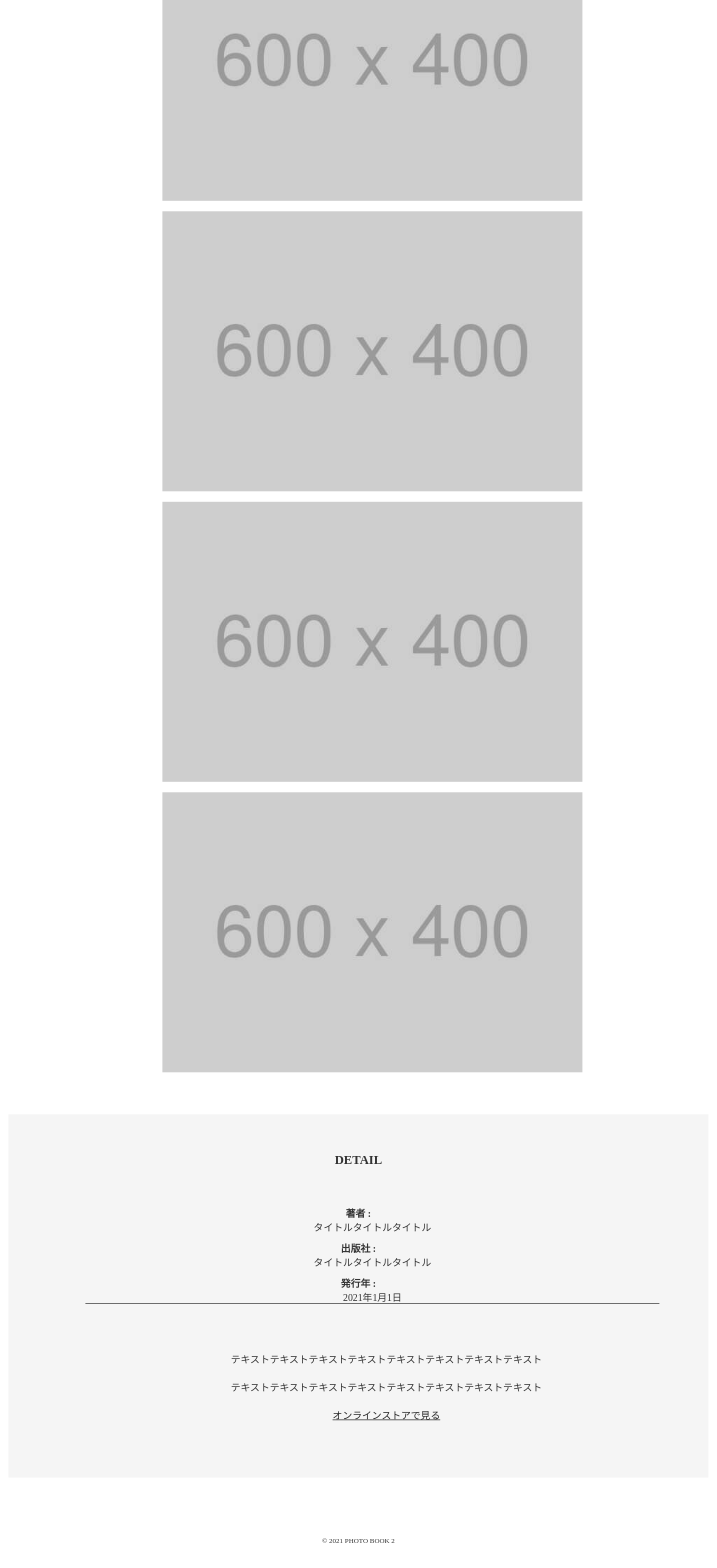
Repository: Fuki-san/photo-book-2
Page: http://localhost/photobook
An editor plug-in stored every save of this project. The page is shown before and after the next save, followed by the edit.
The browser window is 1024 px wide. The pictures show the part of the page from y = 1117 to 3357 px (the page is 3357 px tall), at 70% of full size.
The page is served by the project's Laravel application, run on PHP 8.4 with Laravel 10. Other server files are loaded and not shown.

Above is the page before, as saved 2023-12-01 15:14:10.

### routes/web.php
<?php

use Illuminate\Support\Facades\Route;

/*
|--------------------------------------------------------------------------
| Web Routes
|--------------------------------------------------------------------------
|
| Here is where you can register web routes for your application. These
| routes are loaded by the RouteServiceProvider and all of them will
| be assigned to the "web" middleware group. Make something great!
|
*/

Route::get('/', function () {
    return view('welcome');
});

Route::get('photobook', function() {
    return view('photobook');
})->name('photobook');

### resources/views/photobook.blade.php
@extends('layouts.main')

@section('title', 'photobook')

@section('content')
    <div class="container">
        <header id="header">
            <h1 class="site-title"><a href="#"><img src="img/logo.svg" alt=""></a></h1>
        </header>

        <main>

            <div id="mainvisual">
                <img src="img/mainvisual.jpg" alt="">
            </div>

            <section id="index">
                <div class="inner">
                    <h2 class="sec-title">INDEX</h2>
                    <div class="index-inner">
                        <ol class="index-list">
                            <li>タイトルタイトルタイトル</li>
                            <li>タイトルタイトルタイトル</li>
                            <li>タイトルタイトルタイトル</li>
                            <li>タイトルタイトルタイトル</li>
                            <li>タイトルタイトルタイトル</li>
                        </ol>
                    </div>
                </div>
            </section>

                <div class="inner">
                    <ul class="list">
                        <li><img src="img/photo1.jpg" alt=""></li>
                        <li><img src="img/photo2.jpg" alt=""></li>
                        <li><img src="img/photo3.jpg" alt=""></li>
                        <li><img src="img/photo4.jpg" alt=""></li>
                    </ul>
                </div>

            <section id="detail">
                <div class="inner">
                    <h2 class="sec-title">DETAIL</h2>
                    <div class="flex">
                        <dl>
                            <dt>著者 : </dt>
                            <dd>タイトルタイトルタイトル</dd>
                            <dt>出版社 : </dt>
                            <dd>タイトルタイトルタイトル</dd>
                            <dt>発行年 : </dt>
                            <dd>2021年1月1日</dd>
                        </dl>
                        <div class="text">
                            <p>テキストテキストテキストテキストテキストテキストテキストテキスト</p>
                            <p>テキストテキストテキストテキストテキストテキストテキストテキスト</p>
                            <a href="#" class="link" target="_blank" rel="noopener noreferrer">オンラインストアで見る</a>
                        </div>
                    </div>
                </div>
            </section>
        </main>

        <footer id="footer">
            <p>&copy; 2021 PHOTO BOOK 2</p>
        </footer>

    </div>
@endsection

### resources/views/layouts/main.blade.php
<!DOCTYPE html>
<html lang="ja">
<head>
    <meta charset="UTF-8">
    <meta name="viewport" content="width=device-width, initial-scale=1.0">
    <meta http-equiv="X-UA-Compatible" content="ie=edge">
    <link rel="stylesheet" href="{{ asset('css/reset.css') }}">
    <link rel="stylesheet" href="{{ asset('css/style.css') }}">
    <link rel="icon" href="img/favicon.ico">
    <title>@yield('title')</title>
</head>
<body>
    @yield('content')
</body>
</html>

### public/css/style.css
@charset "utf-8";

html {
    font-size: 100%;
}

body {
    color: #333;
    font-size: 0.875rem;
}

img {
    max-width: 100%;
}

ul {
    list-style: none;
}

.container {
    max-width: 1000px;
    margin: 0 auto;
}

.inner {
    margin: 0 auto;
    max-width: 800px;
}

.sec-title {
    text-align: center;
    font-weight: bold;
    font-size: 1.125rem;
    margin-bottom: 30px;
}

/* header */
#header {
    /* margin: 60px 0 10px 0; */
    margin-top: 60px;
}

#header .site-title {
    width: 180px;
    line-height: 1px;
    margin-bottom: 15px;
}

#header .site-title a {
    display: block;
}

#mainvisual {
    margin-bottom: 60px;
}

/* indexx */
#index {
    background-color: #f3f3f3;
    padding: 40px;
    margin-bottom: 60px;
}

#index .index-inner {
    border: solid 1px #333;
    /* display: flex;
    justify-content: center; */
    padding: 30px;
}

#index .index-list {
    /* margin-left: 20px;
    justify-content: center;
    padding: 20px 40px; */
    display: table;
    margin: 0 auto;
}

#index .index-list li {
    margin-bottom: 20px;
}

#index .index-list li:last-child {
    margin-bottom: 0;
}


.list {
    display: flex;
    flex-wrap: wrap;
    justify-content: space-between;
    margin-bottom: 45px;
}

.list li {
    width: 49%;
    margin-bottom: 15px;
}

.list li img {
    vertical-align: bottom;
}

/* detaill */
#detail {
    background-color: #f5f5f5;
    padding: 60px;
    margin-bottom: 60px;
}

.flex {
    display: flex;
    padding: 10px;
    margin-bottom: 30px;
}

.text {
    /* border-left: solid 1px #242424; */
    padding-left: 40px;
    width: 65%;
}

.text a {
    color: #242424;
}

.text a:hover {
    opacity: 0.7;
}

.text p {
    margin-bottom: 20px;
}

#detail dt {
    font-weight: bold;
}

#detail dd {
    margin-bottom: 10px;
}

#detail dd:last-child {
    margin-bottom: 0;
}

#detail dl {
    padding-right: 40px;
    width: 35%;
    border-right: solid 1px #333;
}

/* footerrr */
#footer {
    text-align: center;
    padding: 15px 0;
    font-size: 0.625rem;
}

@media screen and (max-width: 1024px) {
    .inner{
        padding: 0 10px;
    }

    #header {
        padding: 0 10px;
    }
    #index{
        padding: 40px 20px;
    }
    .list{
        flex-direction: column;
    }
    .list li{
        width: 100%;
        text-align: center;
    }
    #detail{
        padding: 40px 20px;
    }
    #detail .flex{
        flex-direction: column;
    }
    #detail dl{
        width: 100%;
        border-right: none;
        border-bottom: solid 1px #333;
        text-align: center;
    }
    #detail .text{
        text-align: center;
        width: 100%;
        margin-top: 40px;
    }
}

### public/img/logo.svg
<?xml version="1.0" encoding="utf-8"?>
<!-- Generator: Adobe Illustrator 15.1.0, SVG Export Plug-In . SVG Version: 6.00 Build 0)  -->
<!DOCTYPE svg PUBLIC "-//W3C//DTD SVG 1.1//EN" "http://www.w3.org/Graphics/SVG/1.1/DTD/svg11.dtd">
<svg version="1.1" id="レイヤー_1" xmlns="http://www.w3.org/2000/svg" xmlns:xlink="http://www.w3.org/1999/xlink" x="0px"
	 y="0px" width="1600px" height="156px" viewBox="0 0 1600 156" enable-background="new 0 0 1600 156" xml:space="preserve">
<g>
	<path fill="#333333" d="M0,152.092V2.65h56.373c9.92,0,17.498,0.477,22.731,1.428c7.34,1.223,13.49,3.552,18.451,6.982
		c4.96,3.433,8.953,8.241,11.978,14.425c3.022,6.185,4.536,12.98,4.536,20.387c0,12.709-4.043,23.463-12.129,32.264
		c-8.09,8.802-22.699,13.202-43.834,13.202h-38.33v60.754H0z M19.775,73.702h38.636c12.775,0,21.847-2.379,27.217-7.136
		c5.369-4.757,8.053-11.451,8.053-20.082c0-6.252-1.581-11.604-4.741-16.056c-3.16-4.45-7.324-7.391-12.487-8.817
		c-3.33-0.883-9.481-1.325-18.452-1.325H19.775V73.702z"/>
	<path fill="#333333" d="M139.859,152.092V2.65h19.776v61.367h77.677V2.65h19.775v149.441h-19.775V81.652h-77.677v70.439H139.859z"
		/>
	<path fill="#333333" d="M288.174,79.309c0-24.805,6.66-44.224,19.98-58.258C321.473,7.019,338.667,0,359.735,0
		c13.795,0,26.232,3.298,37.309,9.889c11.076,6.593,19.521,15.784,25.332,27.574c5.811,11.791,8.716,25.163,8.716,40.112
		c0,15.155-3.059,28.713-9.175,40.674c-6.116,11.961-14.781,21.016-25.993,27.166c-11.214,6.15-23.311,9.226-36.291,9.226
		c-14.067,0-26.641-3.398-37.717-10.194c-11.079-6.794-19.471-16.071-25.179-27.829C291.029,104.86,288.174,92.425,288.174,79.309z
		 M308.562,79.614c0,18.01,4.843,32.197,14.527,42.559c9.684,10.364,21.831,15.546,36.442,15.546
		c14.884,0,27.131-5.231,36.75-15.699c9.615-10.464,14.423-25.313,14.423-44.546c0-12.165-2.057-22.784-6.167-31.856
		c-4.112-9.071-10.126-16.106-18.043-21.101c-7.917-4.995-16.804-7.493-26.656-7.493c-14,0-26.046,4.81-36.137,14.425
		C313.608,41.065,308.562,57.121,308.562,79.614z"/>
	<path fill="#333333" d="M490.425,152.092V20.286h-49.237V2.65h118.451v17.636h-49.439v131.806H490.425z"/>
	<path fill="#333333" d="M570.14,79.309c0-24.805,6.658-44.224,19.979-58.258C603.438,7.019,620.632,0,641.7,0
		c13.794,0,26.23,3.298,37.309,9.889c11.076,6.593,19.522,15.784,25.331,27.574c5.813,11.791,8.717,25.163,8.717,40.112
		c0,15.155-3.059,28.713-9.176,40.674c-6.114,11.961-14.779,21.016-25.992,27.166s-23.311,9.226-36.291,9.226
		c-14.068,0-26.641-3.398-37.717-10.194c-11.078-6.794-19.47-16.071-25.179-27.829C572.994,104.86,570.14,92.425,570.14,79.309z
		 M590.526,79.614c0,18.01,4.843,32.197,14.527,42.559c9.685,10.364,21.83,15.546,36.442,15.546
		c14.883,0,27.132-5.231,36.748-15.699c9.615-10.464,14.424-25.313,14.424-44.546c0-12.165-2.057-22.784-6.166-31.856
		c-4.113-9.071-10.127-16.106-18.043-21.101c-7.918-4.995-16.804-7.493-26.658-7.493c-14,0-26.044,4.81-36.136,14.425
		C595.572,41.065,590.526,57.121,590.526,79.614z"/>
	<path fill="#333333" d="M812.43,152.092V2.65h56.066c11.416,0,20.573,1.514,27.472,4.537c6.896,3.024,12.3,7.68,16.209,13.966
		c3.907,6.286,5.861,12.861,5.861,19.724c0,6.39-1.732,12.404-5.198,18.044c-3.467,5.641-8.7,10.193-15.7,13.659
		c9.039,2.65,15.987,7.172,20.848,13.558c4.857,6.389,7.289,13.933,7.289,22.631c0,7-1.479,13.506-4.435,19.521
		c-2.957,6.016-6.612,10.652-10.958,13.915c-4.352,3.261-9.806,5.726-16.363,7.391c-6.558,1.666-14.593,2.497-24.106,2.497H812.43z
		 M832.206,65.444h32.313c8.768,0,15.053-0.576,18.859-1.733c5.027-1.493,8.818-3.975,11.366-7.439
		c2.548-3.468,3.822-7.815,3.822-13.049c0-4.961-1.188-9.328-3.567-13.099c-2.38-3.773-5.776-6.354-10.192-7.748
		c-4.419-1.393-11.997-2.09-22.733-2.09h-29.868V65.444z M832.206,134.457h37.208c6.386,0,10.872-0.237,13.455-0.715
		c4.552-0.814,8.358-2.173,11.417-4.077c3.058-1.901,5.571-4.672,7.544-8.308c1.971-3.634,2.956-7.832,2.956-12.589
		c0-5.571-1.428-10.414-4.281-14.526c-2.854-4.111-6.814-6.999-11.876-8.665c-5.063-1.664-12.354-2.497-21.865-2.497h-34.558
		V134.457z"/>
	<path fill="#333333" d="M946.479,79.309c0-24.805,6.659-44.224,19.979-58.258C979.776,7.019,996.972,0,1018.039,0
		c13.794,0,26.23,3.298,37.309,9.889c11.077,6.593,19.521,15.784,25.331,27.574c5.812,11.791,8.717,25.163,8.717,40.112
		c0,15.155-3.058,28.713-9.175,40.674s-14.781,21.016-25.994,27.166s-23.311,9.226-36.29,9.226
		c-14.068,0-26.641-3.398-37.717-10.194c-11.078-6.794-19.47-16.071-25.18-27.829C949.332,104.86,946.479,92.425,946.479,79.309z
		 M966.865,79.614c0,18.01,4.842,32.197,14.526,42.559c9.685,10.364,21.83,15.546,36.442,15.546
		c14.884,0,27.133-5.231,36.749-15.699c9.615-10.464,14.424-25.313,14.424-44.546c0-12.165-2.057-22.784-6.166-31.856
		c-4.113-9.071-10.127-16.106-18.044-21.101c-7.917-4.995-16.803-7.493-26.657-7.493c-14.001,0-26.044,4.81-36.136,14.425
		C971.91,41.065,966.865,57.121,966.865,79.614z"/>
	<path fill="#333333" d="M1108.865,79.309c0-24.805,6.66-44.224,19.979-58.258C1142.163,7.019,1159.357,0,1180.426,0
		c13.794,0,26.23,3.298,37.31,9.889c11.076,6.593,19.521,15.784,25.332,27.574c5.811,11.791,8.715,25.163,8.715,40.112
		c0,15.155-3.059,28.713-9.175,40.674c-6.115,11.961-14.779,21.016-25.993,27.166s-23.312,9.226-36.29,9.226
		c-14.068,0-26.642-3.398-37.719-10.194c-11.078-6.794-19.469-16.071-25.177-27.829
		C1111.719,104.86,1108.865,92.425,1108.865,79.309z M1129.254,79.614c0,18.01,4.842,32.197,14.525,42.559
		c9.684,10.364,21.831,15.546,36.442,15.546c14.882,0,27.131-5.231,36.749-15.699c9.615-10.464,14.424-25.313,14.424-44.546
		c0-12.165-2.057-22.784-6.167-31.856c-4.113-9.071-10.127-16.106-18.043-21.101c-7.917-4.995-16.804-7.493-26.658-7.493
		c-13.999,0-26.044,4.81-36.135,14.425C1134.298,41.065,1129.254,57.121,1129.254,79.614z"/>
	<path fill="#333333" d="M1276.45,152.092V2.65h19.776V76.76l74.211-74.109h26.81l-62.691,60.552l65.444,88.89h-26.096
		l-53.213-75.638l-24.465,23.854v51.784H1276.45z"/>
</g>
<path fill="#333333" d="M1588.863,134.712v17.636h-98.777c-0.138-4.417,0.575-8.665,2.14-12.743
	c2.514-6.728,6.54-13.354,12.079-19.878c5.539-6.523,13.541-14.067,24.008-22.63c16.242-13.319,27.218-23.87,32.926-31.652
	c5.709-7.78,8.563-15.138,8.563-22.069c0-7.271-2.601-13.405-7.799-18.4c-5.199-4.995-11.978-7.492-20.337-7.492
	c-8.835,0-15.902,2.65-21.203,7.951s-7.986,12.641-8.053,22.019l-18.859-1.937c1.29-14.067,6.149-24.787,14.577-32.162
	c8.427-7.373,19.741-11.061,33.946-11.061c14.338,0,25.688,3.976,34.048,11.927c8.358,7.951,12.538,17.807,12.538,29.563
	c0,5.981-1.224,11.86-3.67,17.636c-2.446,5.776-6.508,11.86-12.182,18.247c-5.676,6.389-15.104,15.155-28.288,26.3
	c-11.009,9.243-18.078,15.513-21.203,18.808c-3.127,3.298-5.708,6.61-7.747,9.939H1588.863z"/>
</svg>

After the next save:
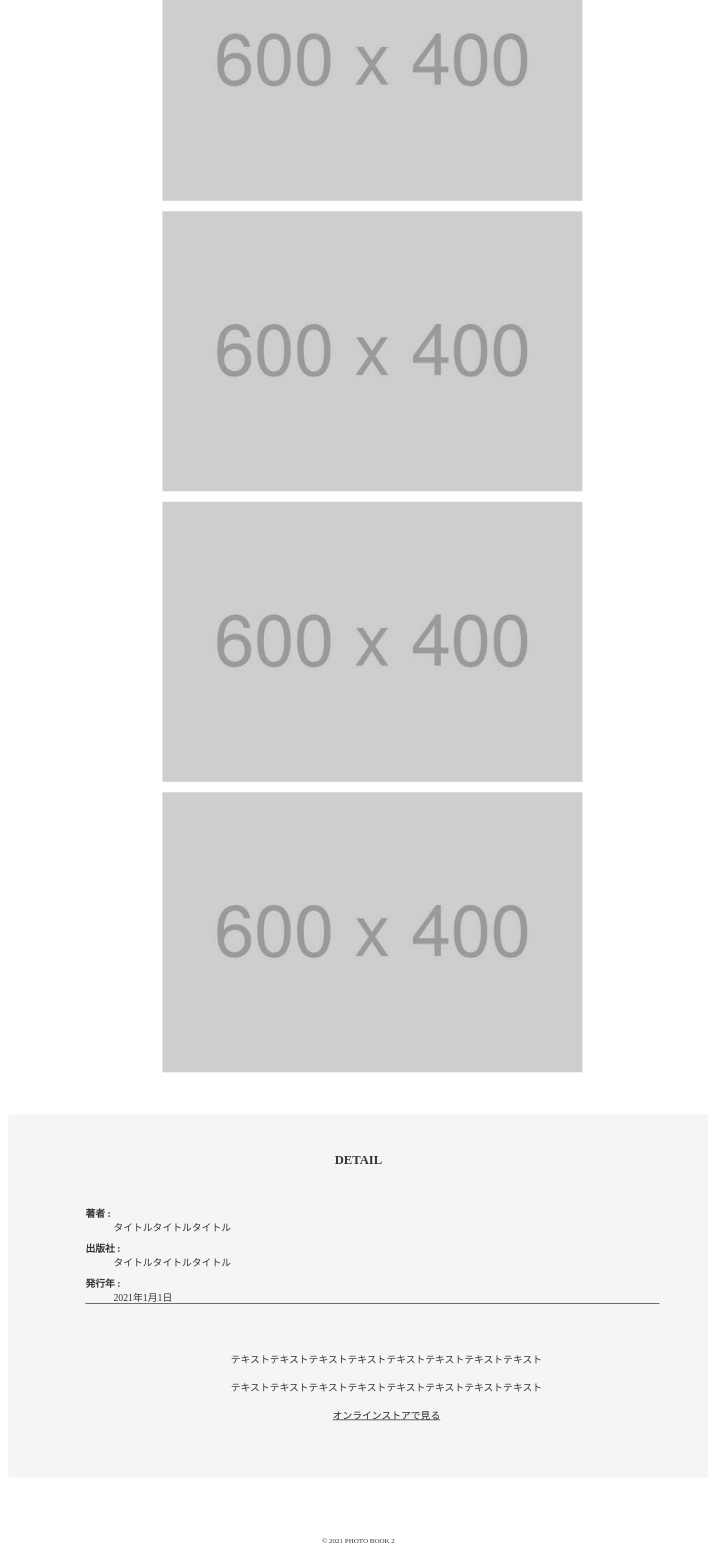
Saved 9 s later.
--- a/public/css/style.css
+++ b/public/css/style.css
@@ -185,7 +185,7 @@ ul {
         width: 100%;
         border-right: none;
         border-bottom: solid 1px #333;
-        text-align: center;
+        padding: ;
     }
     #detail .text{
         text-align: center;
